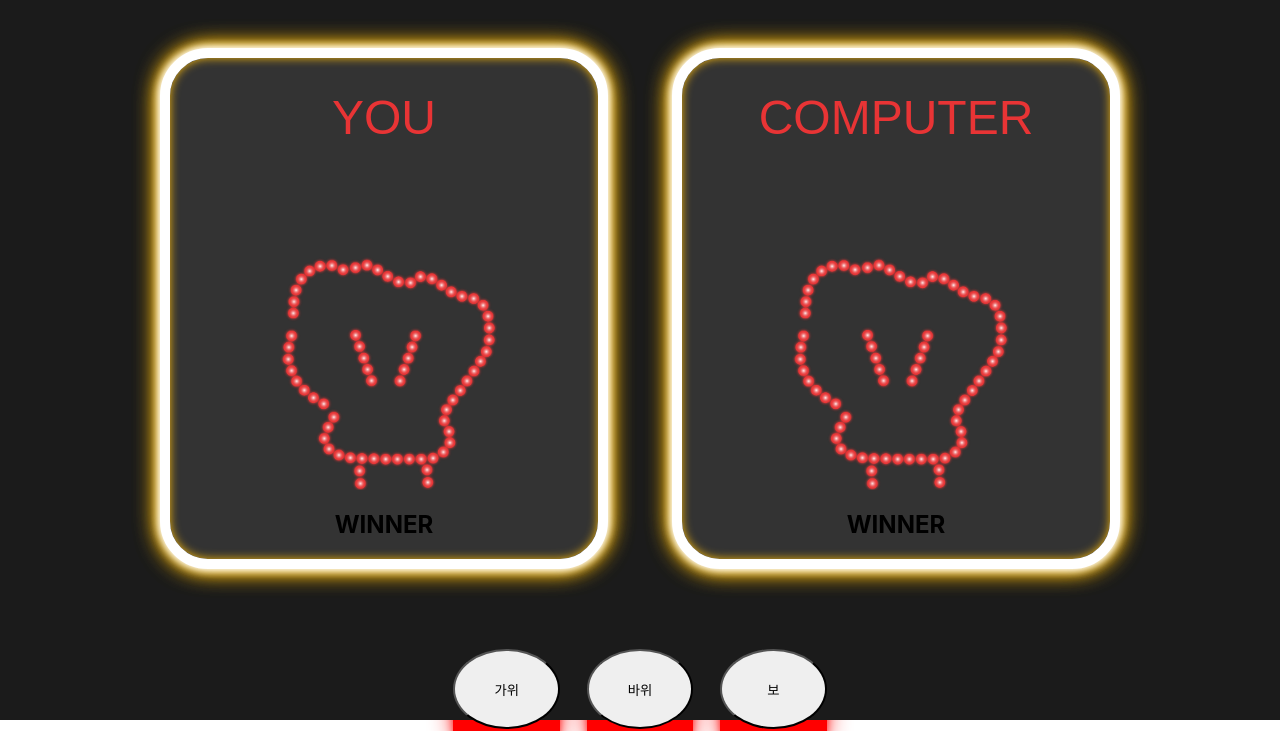
Repository: KIMMIHYE12/classComponent
Page: /
These files come from the project's save history. The page is drawn as it stood at one moment and after the next save; the edit follows.
The browser window is 1280 px wide. The pictures show the whole page.
Some web fonts or font styles are not loaded; a fallback is used. The project was rebuilt for these pictures with package versions that can differ from the ones it lists, and the page was loaded fresh each time.

Above is the page before, as saved 2024-03-18 22:19:48.

### src/App.js
import "./App.css";
import { Box } from "./component/Box";

function App() {
  return (
    <div className='content'>
      <div className='game_screen'>
        <Box title='YOU' />
        <Box title='COMPUTER' />
      </div>
      <div className='btn_wrap'>
        <button className='scissor'>가위</button>
        <button className='rock'>바위</button>
        <button className='paper'>보</button>
      </div>
    </div>
  );
}

export default App;

### src/App.css
@import url("https://use.typekit.net/ebb2deg.css");

* {
  box-sizing: border-box;
}

.content {
  height: 100vh;
  padding: 3em 0;
  background-color: #1b1b1b;
}

.game_screen {
  width: 100%;
  display: flex;
  justify-content: center;
}

.box {
  width: 35%;
  display: flex;
  flex-direction: column;
  align-items: center;
  margin: 0 2em;
  border: 10px solid #fff;
  background: #333;
  border-radius: 3rem;
  box-shadow: 0 0 10px #fff, 0 0 10px #fff, 0 0 24px #f5b70c, 0 0 16px #f5b70c,
    0 0 24px #f5b70c, inset 0 0 10px #f5b70c;
}

h1 {
  font-size: 3em;
  color: #e83435;
  font-family: "gloridot", sans-serif;
  font-weight: 400;
  font-style: normal;
}

img {
  width: 70%;
}

.btn_wrap {
  margin-top: 5em;
  display: flex;
  justify-content: center;
}

.btn_wrap button {
  position: relative;
  width: 8em;
  height: 6em;
  margin: 0 1em;
  border-radius: 50%;
  top: 0;
}

.btn_wrap button:active:before {
  top: 0;
  box-shadow: 0 3px 3px rgba(0, 0, 0, 0.7), 0 3px 9px rgba(0, 0, 0, 0.2);
}

.btn_wrap button:active {
  top: 4px;
}

.btn_wrap button:before {
  position: absolute;
  display: inline-block;
  content: "";
  top: 30px;
  left: 0;
  right: 0;
  z-index: -1;
  height: 50px;
  background: red;
  transition: all ((0.06 * 1.3) + s) ease-out;
  box-shadow: 0 1px 0 2px red, 0 5px 24px red, 0 10px 9px red;
}

### src/component/Box.js
import React from "react";

export const Box = (props) => {
  console.log(props);
  return (
    <div className='box'>
      <h1>{props.title}</h1>
      <img src='/images/rock.png' alt='바위' />
      <h2>WINNER</h2>
    </div>
  );
};

Loaded but not shown: public/index.html (common file); src/index.js (common file); src/index.css (common file); src/reportWebVitals.js (common file)

After the next save:
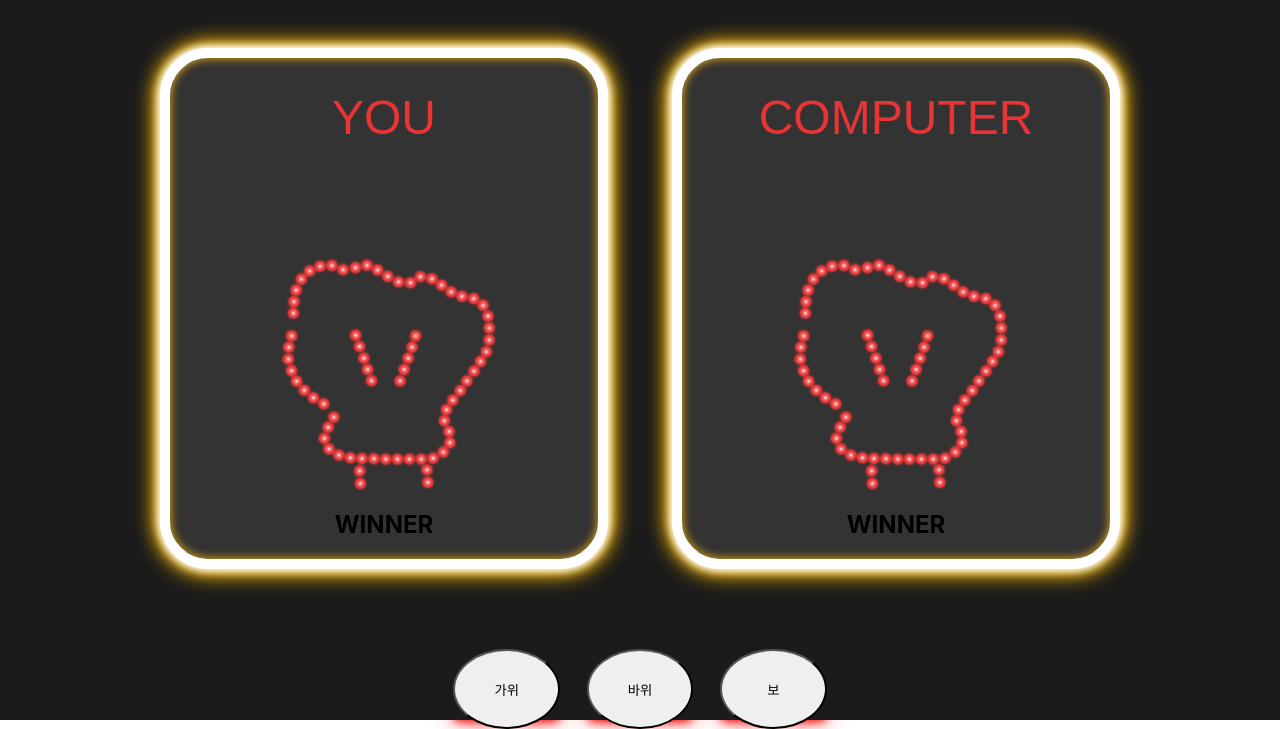
Saved 7 s later.
--- a/src/App.css
+++ b/src/App.css
@@ -69,7 +69,7 @@ img {
   position: absolute;
   display: inline-block;
   content: "";
-  top: 30px;
+  top: 10px;
   left: 0;
   right: 0;
   z-index: -1;
